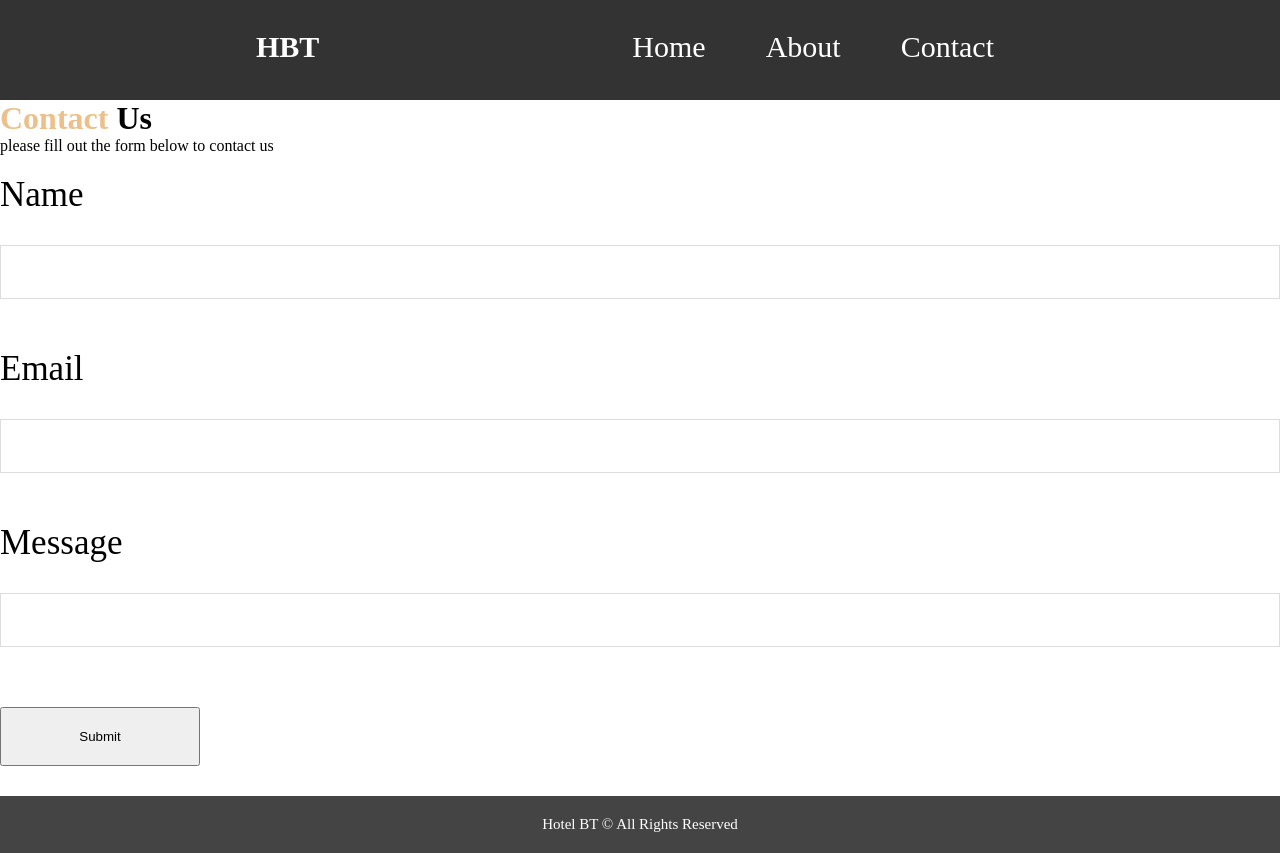
Repository: reemoon-ctrl/hotel-website
Page: 35 - hotel-website/contact.html
These files come from the project's save history. The page is drawn as it stood at one moment and after a run of saves; the edit follows.
The browser window is 1280 px wide. The pictures show the whole page.

Above is the page before, as saved 2024-07-22 09:45:26.

### 35 - hotel-website/contact.html
<!DOCTYPE html>
<html lang="en">
<head>
    <meta charset="UTF-8">
    <meta name="viewport" content="width=device-width, initial-scale=1.0">
    <title>HBT | Hotel Website</title>
    <link rel="stylesheet" href="index.css"/>
</head>
<body>
    <header>
        <ul class="nav-bar">
            <li class="title"><a href="index.html">HBT</a></li>
            <div class="bag-nav-row" >
            <li class="bag-nav"><a href=" ">Contact</a></li>
            <li class="bag-nav"><a href="">About</a></li>
            <li class="bag-nav"><a href="index.html">Home</a></li>
            </div>
        </ul>
    </header>

    <main>
        <div>
            <form action="#">
                <h1><span class="fword">Contact </span>Us</h1>
                <p>please fill out the form below to contact us</p>
                <div class="form-label">
                    <label for="name">Name</label>
                    <input type="text">

                </div>
                <div class="form-label">
                    <label for="Email">Email</label>
                    <input type="text">
                </div>
                <div class="form-label">
                    <label for="Message">Message</label>
                    <input type="text">

                </div>
                <input class="submit-input" type="submit">
            </form>
        </div>

    </main>

    <footer>
        <p>Hotel BT &copy; All Rights Reserved</p>

    </footer>

</body>
</html>

### 35 - hotel-website/index.css
*{
    padding: 0px;
    margin: 0px;
    box-sizing: border-box;

}
.nav-bar{
    list-style:none;
    overflow: auto;
    /* clear:both; */
    background: #333333;
    font-size: 20px;
    text-align: center;
    height: 100px;

}

.bag-nav-row{
    margin-right: 20%;
}
.title{
    float: left;
    margin-left: 20%;
    font-weight: bold;
    font-size:30px ;

    text-align: center;
    padding:30px 0px;

}
.title  a{
    text-decoration: none;
    color:#fff
}


.bag-nav{
    float: right;
    font-size: 30px;

}
.bag-nav-row li a{
    text-decoration: none;
    padding: 30px 30px 30px 30px;
    display: inline-block;
    color: #fff;
}

.bag-nav-row li a:hover{
    background: #444444;
    color:#ecc08a;
}
.bag-nav-row li a:active{
    background: #444444;
    color:#ecc08a;
}


.mainheader{
     background-image: url("img/showcase.jpg")  ;
   /* background-size:cover;


    height: 600px; */


  background-color: #cccccc;
  height: 600px;
  background-position: center;
  background-repeat: no-repeat;
  background-size: cover;
  position: relative;
}
.mainheadertxt{
    margin: auto;
    top:50%;
    position:relative;
    text-align: center;
    /* margin-top: 20px; */
    color:#fff;
}
.mainheadertxt h3{
    font-size:xx-large;

}

.mainheadertxt p{
    margin:20px;
}
.mainheadertxt a{
    position:relative;
    display: block;
    width: fit-content;
    background: #444444;
    text-decoration:none ;
    color: #fff;
    top:50%;
    margin:auto;


    padding: 20px;
}
.fword{
    color:#ecc08a
}
.main-content{
    width:100%;
    height:300px;
    overflow: auto;
    background: #444444;
    color: #fff;
}
.hotelimg{
    width:50%;
    float:left;
    height:300px;

}
.hotel-disc{
    width:50%;
    float:right;
    text-align: center;
    /* margin-top:px; */
    line-height: 1.5;
    padding:20px;

}
.hotel-disc h3{
    font-size: xx-large;
    margin-bottom: 20px;
}
.hotel-disc a{
    position:relative;
    display: block;
    width: fit-content;

    text-decoration:none ;
    color: #333333;
    padding: 15px;
    margin:auto;
    margin-top: 20px;
    background: #fff;

}

.aside-bar{
    height: 300px;
    overflow: auto;
    clear:both;

}
.ul{
    list-style: none;
    text-align: center;
    margin:auto;
    height:300px;
}
.fli{
    padding: 60px;
    margin: auto;
    float: left;
    width:33%;
    height: 300px;
    padding: 90px 20px;
}
.fli h4{
    font-size: 25px;
    margin-bottom: 20px;
}
.sli h4{
    font-size: 25px;
    margin-bottom: 20px;
}
.thli h4{
    font-size: 25px;
    margin-bottom: 20px;
}
.sli{
    float:left;
    width:33%;
    background-color:#ecc08a;
    height: 300px;
    padding: 90px 20px;

}
.thli{
    float:right;
    width:33%;
    height: 300px;
    margin: auto;
    height: 300px;
    padding: 90px 20px;
}

footer p{
    text-align: center;
    font-size: 15px;
    color: #fff;
    background: #444444;
    padding: 20px;
}
/* ///////////////about website////////////////// */
.s-header{
    overflow: auto;
    clear: both;
    margin: auto;
    margin: 50px 20%;
    /* height: 500px; */
}
.header-content{
    float:left;
    width:40%;

}
.header-content h1{
    font-size: 50px;
}
.header-content p{
    font-size: 28px;
    margin-top: 20px;
    line-height: 1.3;
}
.hotel-img2{
    height:400px;
    width: 40%;
    float: right;
    border-radius:50%;
}
.comment{
    overflow: auto;
    background:#ecc08a;
    margin: 20px 20%;
    border-radius: 20px;

}
.aside-content{
    background-image: url(img/test-bg.jpg) ;
    background-color: #cccccc;
    height:900px;
    background-position: center;
    background-repeat: no-repeat;
    background-size: cover;
    position: relative;
    width: 100%;



}
.aside-content h1{
    margin: 20px 20%;
    text-align: center;
    color: #FFF;
    font-size: 50px;
    padding-top: 100px;
    padding-bottom: 50px;

}
.comment img{
    padding-top: 30px;
width:200px ;
height:200px ;
border-radius: 200px;
float: left;
padding-right: 20px;
padding-left: 20px;
margin-bottom: 50px;
}
.comment p{
padding-top: 70px;
font-size: 28px;
color: #333333;


}
/* ///////////////about style///////////// */
.form-label label{
    display: block;

}
.form-label input{
    width:100%;
    padding:10px;
    font-size: 28px;
    border:#ddd solid 1px;

}
.form-label{
    font-size: 35px;
    margin-top: 20px ;
}
form input{
 padding: 20px;
 text-align: center;
 width:200px;
 cursor: pointer;
 margin: 30px 0px;

}

After the next 2 saves:
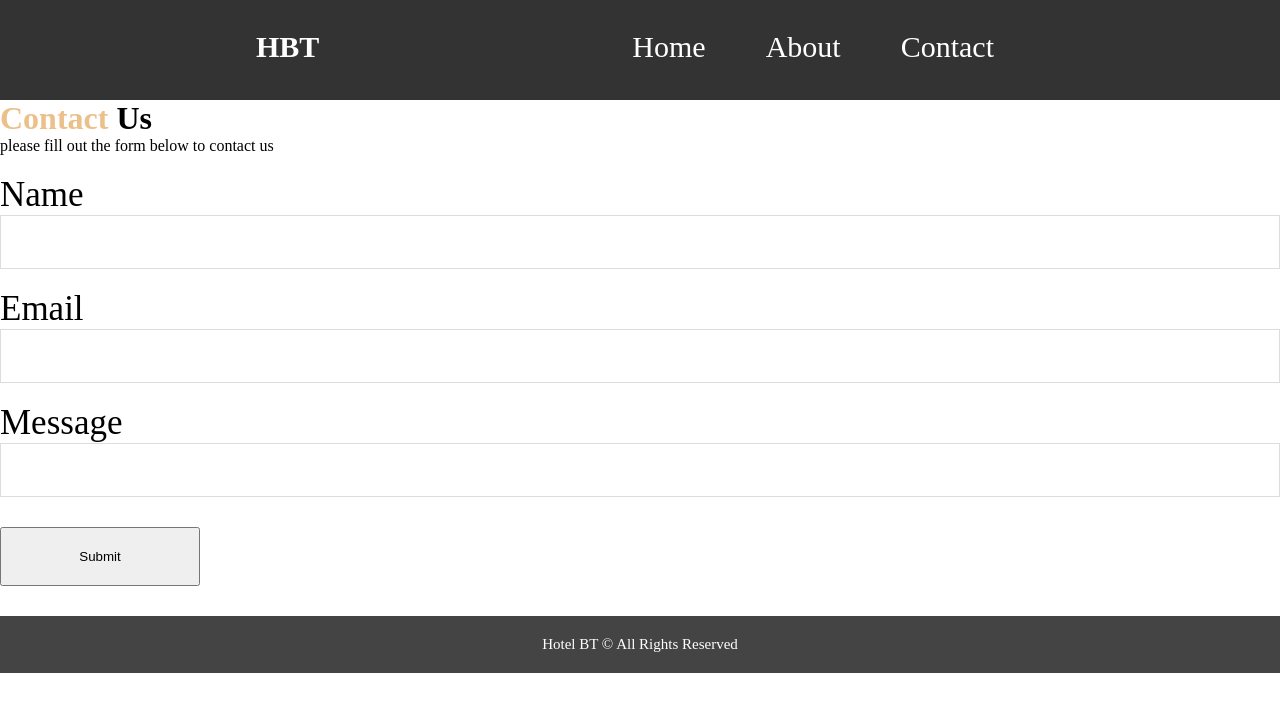
The 2 saves are shown as one change because they came seconds apart.
The last was saved 12 s later.
--- a/35 - hotel-website/index.css
+++ b/35 - hotel-website/index.css
@@ -288,7 +288,7 @@ color: #333333;
     font-size: 35px;
     margin-top: 20px ;
 }
-form input{
+.submit-input{
  padding: 20px;
  text-align: center;
  width:200px;
